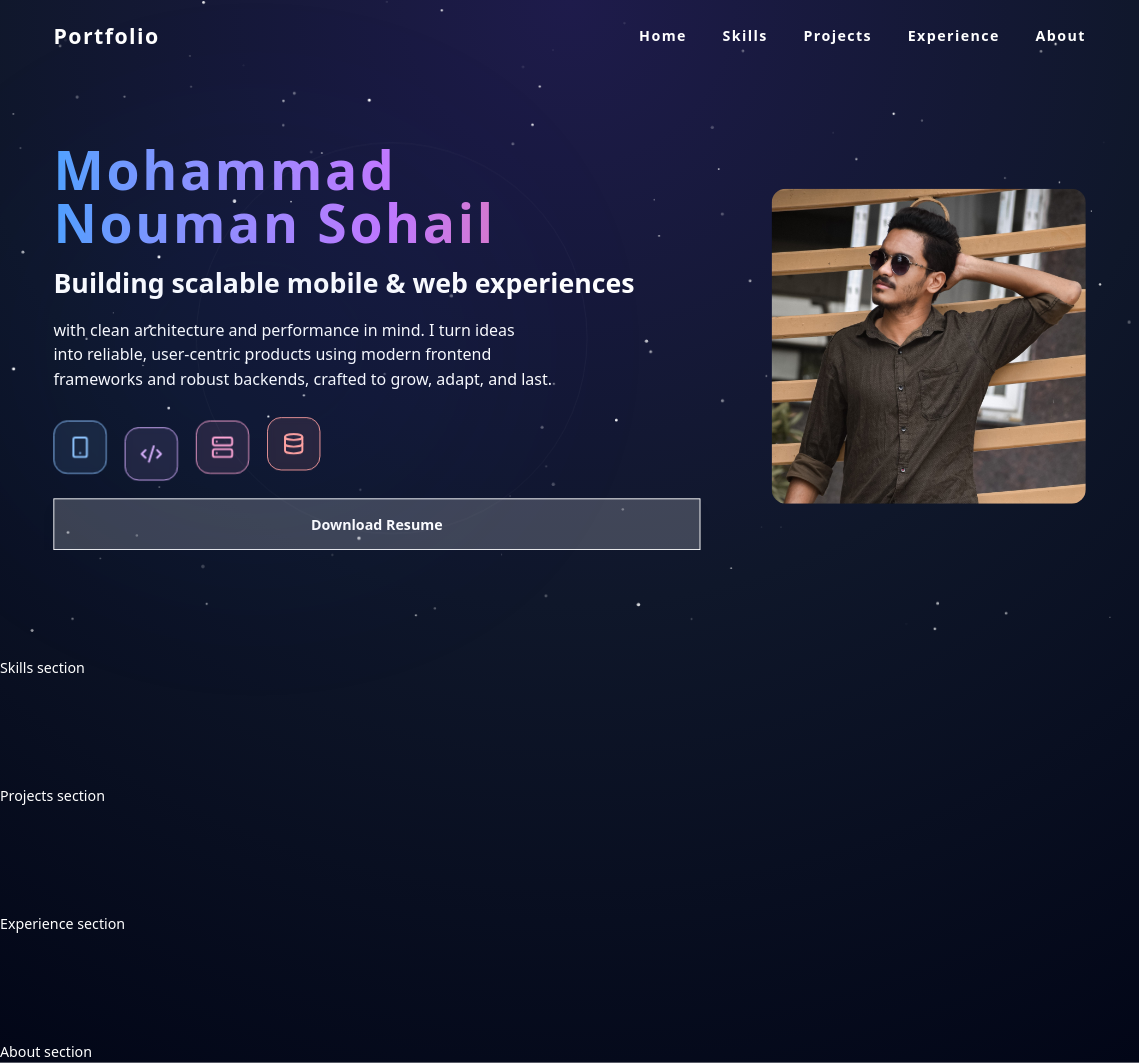
Repository: NoumanSohail/Nouman-Sohail-Portfolio
Page: /
The author's editor kept a copy of each file at every save. The page is drawn from the files as they stood at one save, then again after the next save.
The browser window is 1280 px wide. The pictures show the whole page, at 89% of full size.
The project was rebuilt for these pictures with package versions that can differ from the ones it lists, and the page was loaded fresh each time. The framework's server and built-in components were replaced by stand-ins that run in the browser. Also part of the build but not shown: next.config.ts.

Above is the page before, as saved 2026-01-24 21:29:47.

### app/layout.tsx
import type { Metadata } from "next";
import { Geist, Geist_Mono } from "next/font/google";
import "./globals.css";
import Navbar from "./components/header/Navbar";
import StarBackground from "./components/ui/StarBackground";

const geistSans = Geist({
  variable: "--font-geist-sans",
  subsets: ["latin"],
});

const geistMono = Geist_Mono({
  variable: "--font-geist-mono",
  subsets: ["latin"],
});

export const metadata: Metadata = {
  title: "Create Next App",
  description: "Generated by create next app",
};

export default function RootLayout({
  children,
}: Readonly<{
  children: React.ReactNode;
}>) {
  return (
    <html lang="en">
      <body
        className={`${geistSans.variable} ${geistMono.variable} antialiased`}
      >
        <StarBackground />
        <Navbar />
        {children}
      </body>
    </html>
  );
}

### app/page.tsx
import React from 'react'
import Hero from './components/sections/Hero'
import Skills from './components/sections/Skills'
import Projects from './components/sections/Projects'
import Experience from './components/sections/Experience'
import About from './components/sections/About'

const page = () => {
  return (
    <div>
      <Hero />
      <Skills />
      <Projects />
      <Experience />
      <About />
    </div>
  )
}

export default page

### app/globals.css
@import "tailwindcss";

html {
  scroll-behavior: smooth;
}

body {
  overflow-x: hidden;
  position: relative;
  background: radial-gradient(circle at 50% 0%, #1e1b4b, #0f172a, #020617);
  min-height: 100vh;
}

### app/components/header/Navbar.tsx
"use client";

import { useEffect, useState } from "react";
import { navLinks } from "@/app/data";
import Link from "next/link";
import { Menu, X } from "lucide-react";

const Navbar = () => {
  const [isScrolled, setIsScrolled] = useState(false);
  const [menuOpen, setMenuOpen] = useState(false);

  useEffect(() => {
    const handleScroll = () => setIsScrolled(window.scrollY > 20);
    window.addEventListener("scroll", handleScroll);
    return () => window.removeEventListener("scroll", handleScroll);
  }, []);

  return (
    <header
      className={`fixed top-0 left-0 right-0 z-50 transition-all ${
        isScrolled
          ? "bg-transparent backdrop-blur-md border-b border-white/20 shadow-lg py-3"
          : "bg-transparent py-6"
      }`}
    >
      <div className="w-full mx-auto max-w-384 flex items-center justify-between px-5 md:px-10 lg:px-15 text-white tracking-widest">
        <h1 className="font-bold text-2xl">Portfolio</h1>

        {/* large displays like laptops */}
        <nav className="hidden lg:flex">
          {navLinks.map((links) => (
            <div key={links.name} className="flex ml-10 font-semibold">
              <Link href={links.id}>{links.name}</Link>
            </div>
          ))}
        </nav>

        {/* Mobile Hamburger */}
        <div className="lg:hidden flex items-center justify-center">
          <button
            onClick={() => setMenuOpen(!menuOpen)}
            className="text-zinc-400"
          >
            <Menu size={30} />
          </button>
        </div>

        {menuOpen && (
          <div className="fixed inset-0 h-screen flex justify-end bg-black/40 backdrop-blur-sm">
            <div className="relative h-full w-[60%] bg-[#0f172a] text-white flex items-center transition-transform duration-300 translate-x-0">
              <button
                onClick={() => setMenuOpen(false)}
                className={`absolute top right-5 md:right-10 text-white ${isScrolled ? "top-3" : "top-6"}`}
              >
                <X size={30} />
              </button>

              <nav className="flex flex-col p-10 gap-10 mt-20">
                {navLinks.map((links) => (
                  <Link
                    key={links.name}
                    href={links.id}
                    onClick={() => setMenuOpen(false)}
                    className="font-semibold"
                  >
                    {links.name}
                  </Link>
                ))}
              </nav>
            </div>
          </div>
        )}
      </div>
    </header>
  );
};

export default Navbar;

### app/components/ui/StarBackground.tsx
"use client";

import { useEffect, useRef } from "react";

const StarBackground = () => {
  const canvasRef = useRef<HTMLCanvasElement | null>(null);

  useEffect(() => {
    const canvas = canvasRef.current;
    if (!canvas) return;

    const ctx = canvas.getContext("2d");
    if (!ctx) return;

    let stars: any[] = [];
    const STAR_COUNT = 120;

    const resize = () => {
      canvas.width = window.innerWidth;
      canvas.height = window.innerHeight;
    };

    resize();
    window.addEventListener("resize", resize);

    // Create stars
    stars = Array.from({ length: STAR_COUNT }).map(() => ({
      x: Math.random() * canvas.width,
      y: Math.random() * canvas.height,
      radius: Math.random() * 1.5 + 0.5,
      speed: Math.random() * 0.3 + 0.1,
      opacity: Math.random(),
    }));

    const animate = () => {
      ctx.clearRect(0, 0, canvas.width, canvas.height);

      stars.forEach((star) => {
        star.y += star.speed;
        if (star.y > canvas.height) {
          star.y = 0;
          star.x = Math.random() * canvas.width;
        }

        ctx.beginPath();
        ctx.arc(star.x, star.y, star.radius, 0, Math.PI * 2);
        ctx.fillStyle = `rgba(255,255,255,${star.opacity})`;
        ctx.fill();
      });

      requestAnimationFrame(animate);
    };

    animate();

    return () => window.removeEventListener("resize", resize);
  }, []);

  return (
    <canvas
      ref={canvasRef}
      className="fixed inset-0 pointer-events-none -z-10"
    />
  );
};

export default StarBackground;

### app/components/sections/Hero.tsx
"use client";

import { personaldetails } from "@/app/data";
import Image from "next/image";
import me from "@/public/images/me.jpg";
import { Code2, Database, Server, Smartphone } from "lucide-react";
import { motion } from "framer-motion";
import Button from "../ui/Button";

const Hero = () => {
  return (
    <section
      id="home"
      className="scroll-mt-40 w-full mx-auto max-w-384 px-5 md:px-10 lg:px-15 text-white mt-30 xl:mt-40 overflow-hidden"
    >
      {/* Central Glowing Orb */}
      <div
        className="absolute hidden lg:block lg:left-55 xl:left-0 w-[45%] h-[45%] bg-blue-700/50 rounded-full
          blur-[120px] opacity-10 animate-pulse [animation-delay:2000ms] z-0
        "
      />

      {/* Orbiting Elements */}
      <div
        className="absolute hidden lg:block left-55 w-110 h-110 border border-white/5 rounded-full
          animate-spin [animation-duration:20s] z-10
        "
      />

      <div className="flex flex-col lg:flex-row items-center justify-center gap-7 lg:gap-20 text-center lg:text-start">
        <div className="flex flex-col gap-5">
          <motion.div
            initial={{ x: -100, opacity: 0 }}
            whileInView={{ x: 0, opacity: 1 }}
            viewport={{ once: false, amount: 0.3 }}
            transition={{ duration: 0.8, ease: "easeOut" }}
            className="flex flex-col gap-5"
          >
            <h1 className="font-black text-4xl lg:text-5xl xl:text-6xl tracking-wider text-balance text-transparent bg-clip-text bg-linear-to-r from-blue-400 via-purple-400 to-red-400">
              {personaldetails.name}
            </h1>
            <h2 className="font-semibold text-2xl lg:text-3xl">
              {personaldetails.tagline}
            </h2>
            <p className="lg:text-lg lg:text-balance">
              {personaldetails.statement}
            </p>
          </motion.div>

          <motion.div
            initial={{ scale: 0.8, opacity: 0 }}
            whileInView={{ scale: 1, opacity: 1 }}
            viewport={{ once: false, amount: 0.3 }}
            transition={{
              duration: 0.5,
              ease: "easeOut",
            }}
            className="flex flex-col gap-5 mt-5 items-center justify-center lg:items-start lg:justify-start"
          >
            <div className="flex gap-5">
              <Smartphone
                size={60}
                className="p-4 border rounded-2xl backdrop-blur-xs bg-blue-300/10 hover:scale-110
                        border-blue-300  hover:border-blue-300 text-blue-300 hover:text-blue-300
                        transition-all duration-300 animate-bounce [animation-delay:0ms]"
              />
              <Code2
                size={60}
                className="p-4 border rounded-2xl backdrop-blur-xs bg-purple-300/10 hover:scale-110
                        border-purple-300 hover:border-purple-300 text-purple-300 hover:text-purple-300
                        transition-all duration-300 animate-bounce [animation-delay:100ms]"
              />
              <Server
                size={60}
                className="p-4 border rounded-2xl backdrop-blur-xs bg-pink-300/10 hover:scale-110
                        border-pink-300 hover:border-pink-300 text-pink-300 hover:text-pink-300
                        transition-all duration-300 animate-bounce [animation-delay:200ms]"
              />
              <Database
                size={60}
                className="p-4 border rounded-2xl backdrop-blur-xs bg-red-300/10 hover:scale-110
                        border-red-300 hover:border-red-300 text-red-300 hover:text-red-300
                        transition-all duration-300 animate-bounce [animation-delay:300ms]"
              />
            </div>

            <Button title="Download Resume" onClick={() => {}} className="border border-white-300 bg-white/20 p-4 w-full" />
          </motion.div>
        </div>

        <motion.div
          initial={{ x: 100, opacity: 0 }}
          whileInView={{ x: 0, opacity: 1 }}
          viewport={{ once: false, amount: 0.3 }}
          transition={{ duration: 0.8, ease: "easeOut" }}
        >
          <Image
            src={me}
            alt={personaldetails.name}
            height={350}
            width={350}
            className="rounded-2xl lg:h-3xl lg:w-3xl"
          />
        </motion.div>
      </div>
    </section>
  );
};

export default Hero;

### app/components/sections/Skills.tsx

const Skills = () => {
  return (
    <section id="skills" className="h-fit">
      <div className="text-white pt-30">Skills section</div>
    </section>
  );
};

export default Skills;

### app/components/sections/Projects.tsx

const Projects = () => {
  return (
    <section id="projects" className="h-fit">
      <div className="text-white pt-30">Projects section</div>
    </section>
  )
}

export default Projects

### app/components/sections/Experience.tsx

const Experience = () => {
  return (
    <section id="experience" className="h-fit">
      <div className="text-white pt-30">Experience section</div>
    </section>
  );
};

export default Experience;

### app/components/sections/About.tsx

const About = () => {
  return (
    <section id="about" className="h-fit">
      <div className="text-white pt-30">About section</div>
    </section>
  )
}

export default About

### app/data.tsx
export const navLinks = [
  { name: "Home", id: "/#home" },
  { name: "Skills", id: "/#skills" },
  { name: "Projects", id: "/#projects" },
  { name: "Experience", id: "/#experience" },
  { name: "About", id: "/#about" },
];

export const personaldetails = {
  name: "Mohammad Nouman Sohail",
  role: "Full Stack Mobile & Web Developer",
  tagline: "Building scalable mobile & web experiences",
  statement:
    "with clean architecture and performance in mind. I turn ideas into reliable, user-centric products using modern frontend frameworks and robust backends, crafted to grow, adapt, and last.",
};

### app/components/ui/Button.tsx
import { ReactNode } from "react";

interface ButtonProps {
  title: string;
  onClick: () => void;
  type?: "button" | "submit";
  disabled?: boolean;

  /* 🔹 Optional Icon */
  icon?: ReactNode;
  iconPosition?: "left" | "right";

  /* 🔹 External Styles */
  className?: string;
}

const Button = ({
  title,
  onClick,
  type = "button",
  disabled = false,
  icon,
  iconPosition = "left",
  className = "",
}: ButtonProps) => {
  return (
    <button
      type={type}
      onClick={!disabled ? onClick : undefined}
      disabled={disabled}
      className={`
        group
        font-bold shadow-lg
        transition-all transform
        flex items-center justify-center gap-2
        duration-300
        ${
          disabled
            ? "bg-(--color-gray) text-white cursor-not-allowed opacity-70 transition-all duration-300"
            : "bg-(--color-primary) text-white hover:bg-gray-300 hover:scale-105 cursor-pointer transition-all duration-300"
        }

        ${className}
      `}
    >
      {/* ICON LEFT */}
      {icon && iconPosition === "left" && (
        <span className="button-icon flex items-center">{icon}</span>
      )}

      <span>{title}</span>

      {/* ICON RIGHT */}
      {icon && iconPosition === "right" && (
        <span className="button-icon flex items-center">{icon}</span>
      )}
    </button>
  );
};

export default Button;

After the next save:
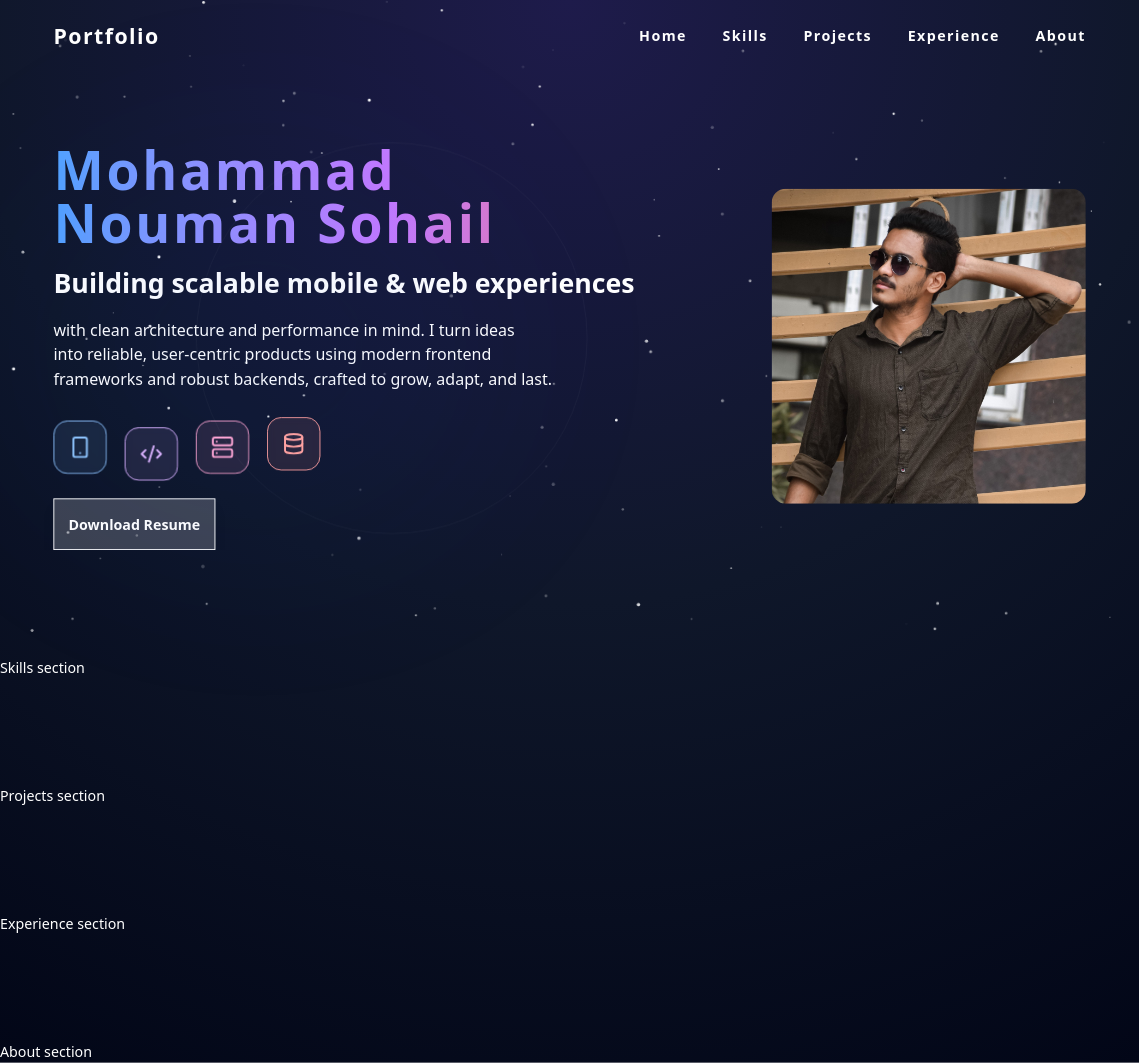
Saved 34 s later.
--- a/app/components/sections/Hero.tsx
+++ b/app/components/sections/Hero.tsx
@@ -84,7 +84,7 @@ const Hero = () => {
               />
             </div>
 
-            <Button title="Download Resume" onClick={() => {}} className="border border-white-300 bg-white/20 p-4 w-full" />
+            <Button title="Download Resume" onClick={() => {}} className="border border-white-300 bg-white/20 p-4 w-{50%}" />
           </motion.div>
         </div>
 
